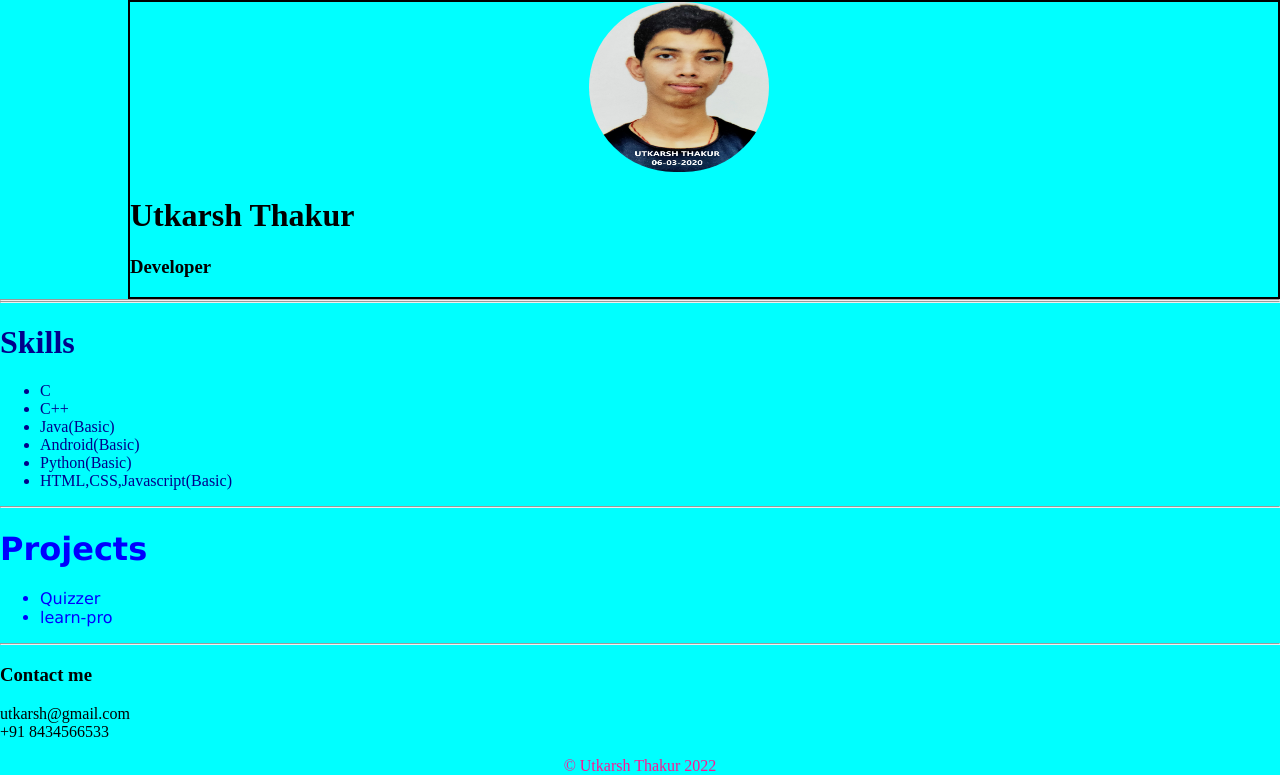
Repository: UtkarshThakur321/Utkarsh-Thakur-Profile
Page: index.html
These files come from the project's save history. The page is drawn as it stood at one moment and after the next save; the edit follows.
The browser window is 1280 px wide. The pictures show the whole page.

Above is the page before, as saved 2022-01-18 22:13:58.
Not found: main.js

After the next save:
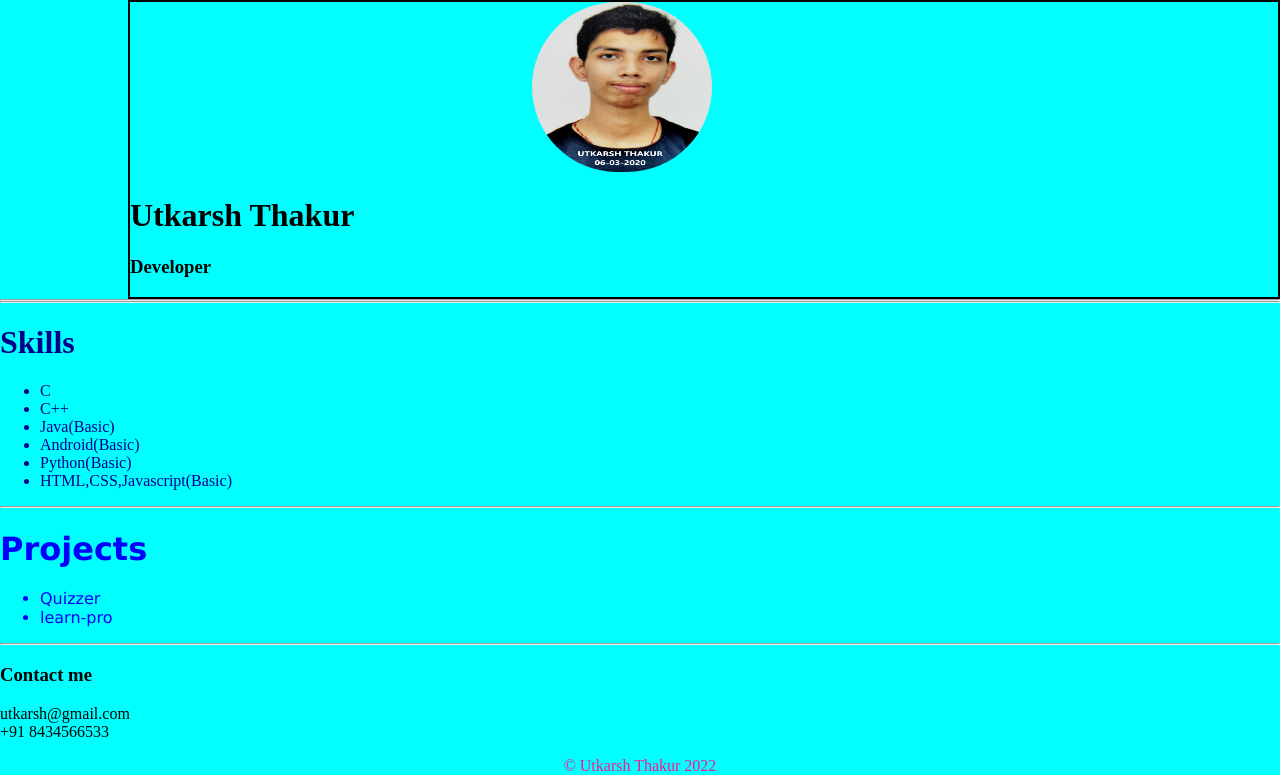
Saved 9 s later.
--- a/index.css
+++ b/index.css
@@ -11,7 +11,7 @@ body{
 
 #profileImage>img{
     border-radius: 90px;
-    margin-left:40%;
+    margin-left:35%;
 
 }
 
